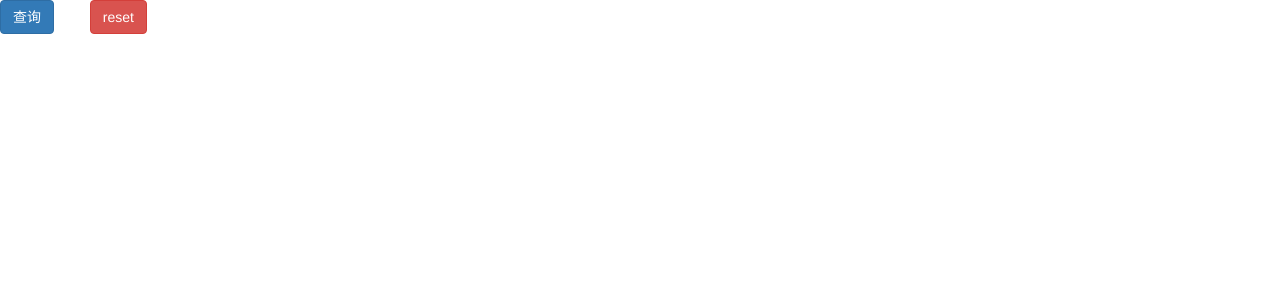
Repository: JuniorProjectTraining/free
Page: http://localhost/emss/caozuo.jsp
An editor plug-in stored every save of this project. The page is shown before and after the next save, followed by the edit.
The browser window is 1280 px wide. The pictures show the whole page.
Some web libraries are served in a nearby version. The page is served by Tomcat 9.

Above is the page before, as saved 2019-12-25 14:31:43.

After the next save:
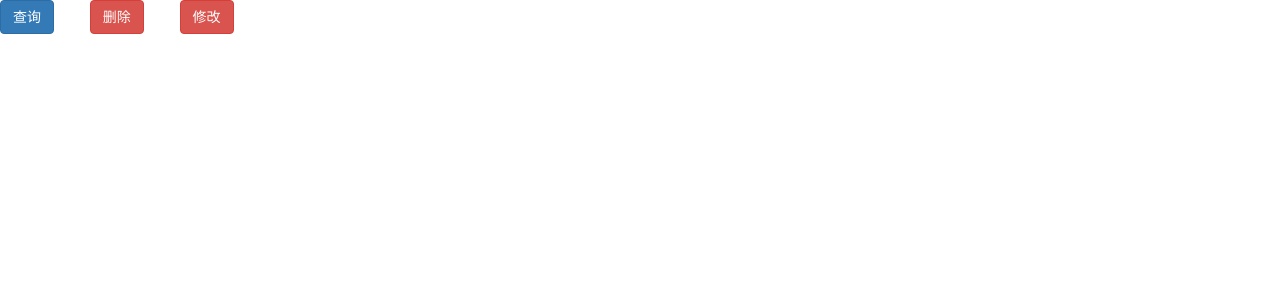
Saved 30 s later.
--- a/emss/src/main/webapp/caozuo.jsp
+++ b/emss/src/main/webapp/caozuo.jsp
@@ -25,7 +25,9 @@
 
 	<button type="button" class="btn btn-primary">查询</button>
 	&emsp;&emsp;
-	<button type="button" class="btn btn-danger">reset</button>
+	<button type="button" class="btn btn-danger">删除</button>
+	&emsp;&emsp;
+	<button type="button" class="btn btn-danger">修改</button>
 
 	<script
 		src="https://cdn.jsdelivr.net/npm/jquery@1.12.4/dist/jquery.min.js"></script>
